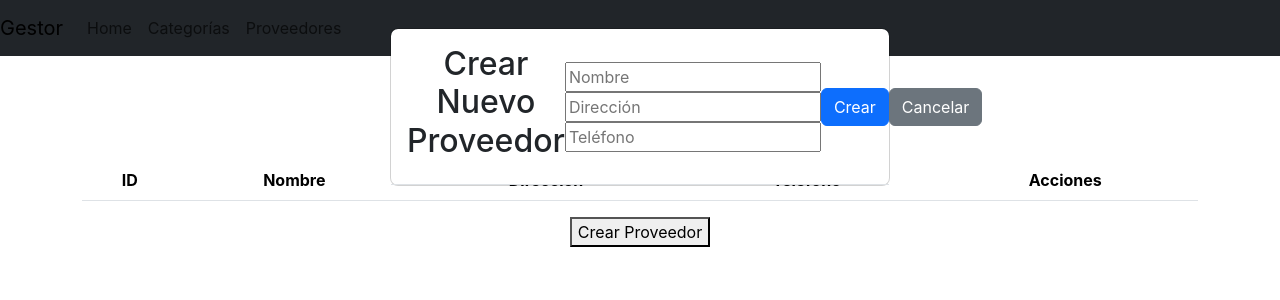
Repository: SantiagoGuaman/gestor-app
Page: /providers, after clicking the first element matching `button`
These files come from the project's save history. The page is drawn as it stood at one moment and after the next save; the edit follows.
The browser window is 1280 px wide. The pictures show the whole page.
The page's requests for data from a server got no answer. The project was rebuilt for these pictures with package versions that can differ from the ones it lists, and the page was loaded fresh each time. No one was signed in, and anything a server would have sent is missing. Also part of the build but not shown: src/App.css, src/Categories/GetDataCategories.js, src/HomePage/HomePage.js.

Above is the page before, as saved 2024-02-14 11:34:20.

After the next save:
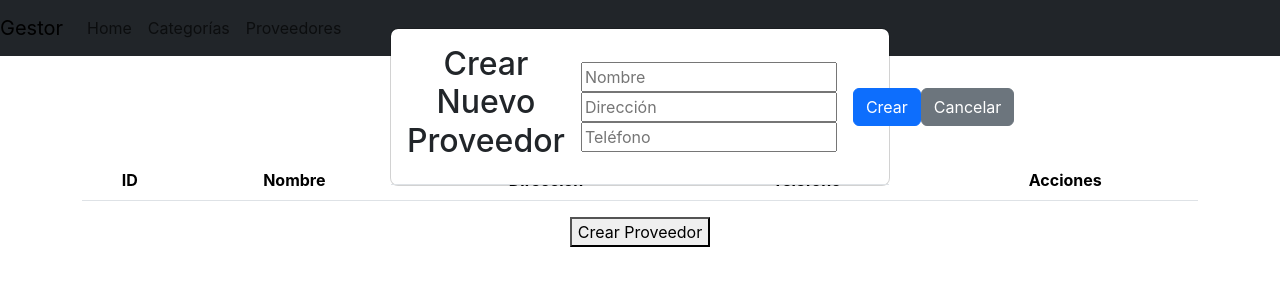
Saved 4 s later.
--- a/src/Proveedores/GetDataProviders.js
+++ b/src/Proveedores/GetDataProviders.js
@@ -144,7 +144,7 @@ function GetDataProviders() {
                         <div className="modal-content">
                             <div className="modal-header">
                                 <h2>Crear Nuevo Proveedor</h2>
-                                <div >
+                                <div className="modal-body">
                                 <input
                                     type="text"
                                     placeholder="Nombre"
